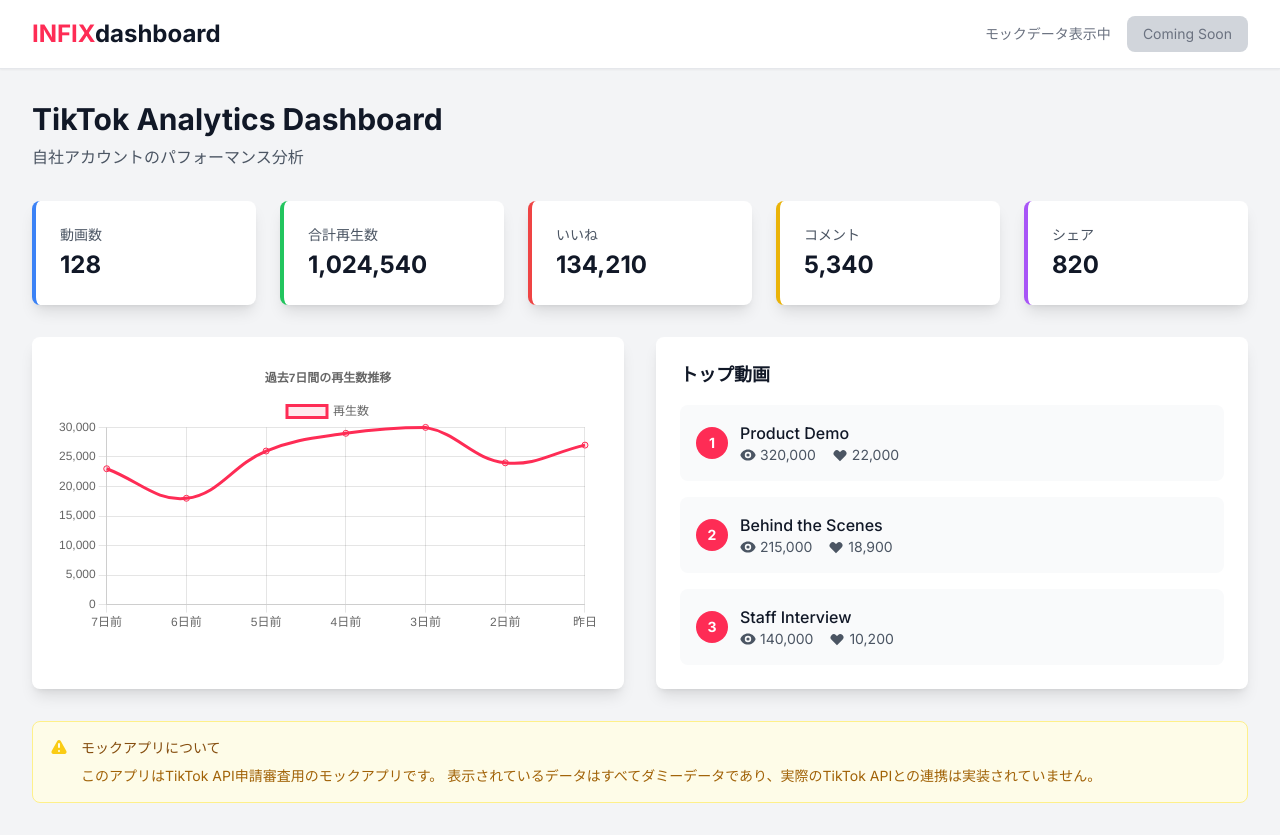
Repository: masayasusuzuki/LogicaMarketingTool
Page: /dashboard
An editor plug-in stored every save of this project. The page is shown before and after the next save, followed by the edit.
The browser window is 1280 px wide. The pictures show the whole page.
The project was rebuilt for these pictures with package versions that can differ from the ones it lists, and the page was loaded fresh each time. The framework's server and built-in components were replaced by stand-ins that run in the browser. Also part of the build but not shown: next.config.js.

Above is the page before, as saved 2025-08-07 12:23:11.

After the next save:
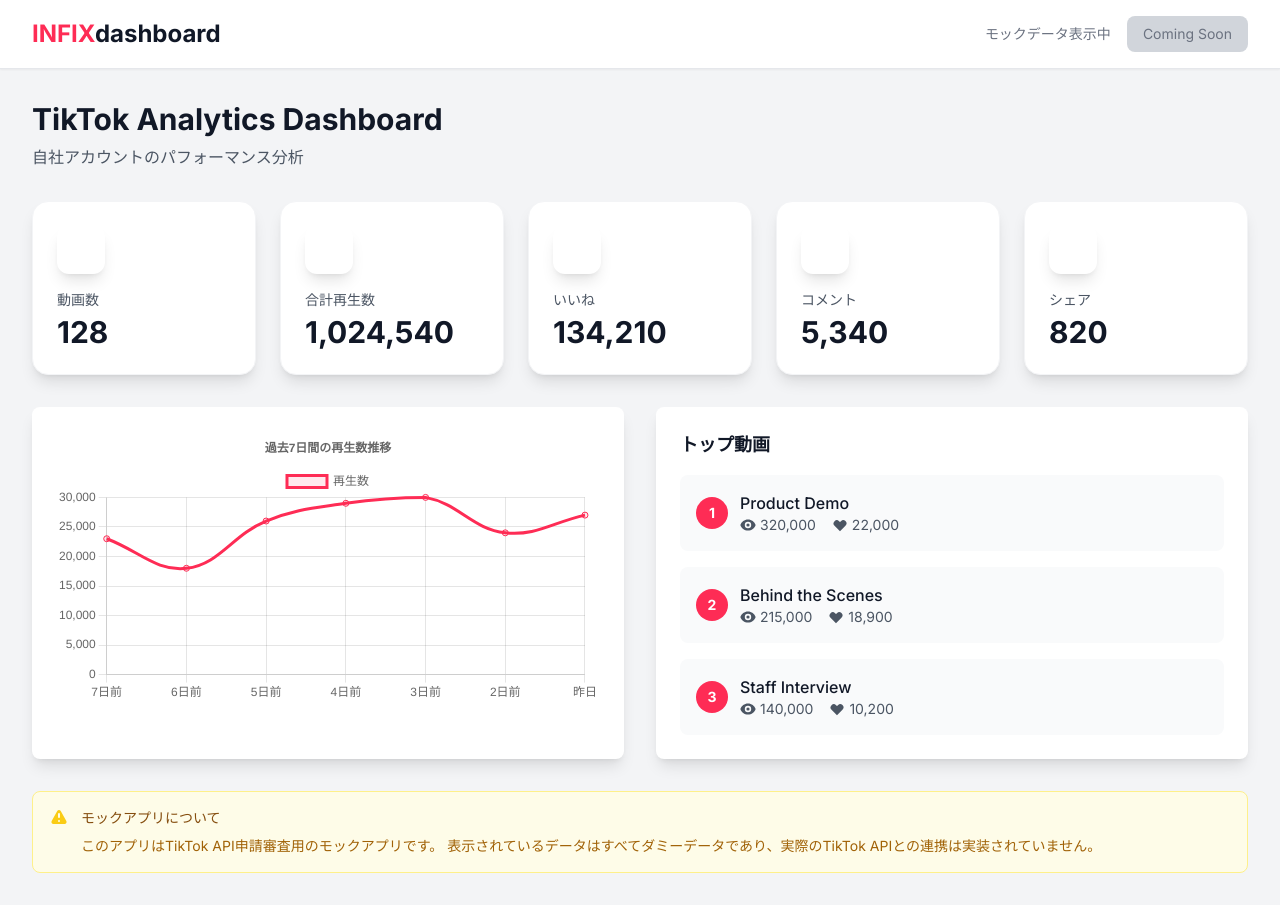
Saved 14 s later.
--- a/src/components/KPICard.tsx
+++ b/src/components/KPICard.tsx
@@ -3,21 +3,49 @@
   value: string | number;
   icon: React.ReactNode;
   color: string;
+  trend?: {
+    value: number;
+    isPositive: boolean;
+  };
 }
 
-export default function KPICard({ title, value, icon, color }: KPICardProps) {
+export default function KPICard({ title, value, icon, color, trend }: KPICardProps) {
   return (
-    <div className={`bg-white rounded-lg shadow-lg p-6 border-l-4 ${color}`}>
-      <div className="flex items-center justify-between">
+    <div className="group relative bg-white rounded-2xl shadow-lg hover:shadow-xl transition-all duration-300 overflow-hidden border border-gray-100">
+      {/* グラデーション背景 */}
+      <div className={`absolute inset-0 bg-gradient-to-br ${color} opacity-5 group-hover:opacity-10 transition-opacity duration-300`}></div>
+
+      <div className="relative p-6">
+        <div className="flex items-center justify-between mb-4">
+          <div className={`w-12 h-12 rounded-xl bg-gradient-to-br ${color} flex items-center justify-center shadow-lg`}>
+            <div className="text-white text-xl">
+              {icon}
+            </div>
+          </div>
+
+          {trend && (
+            <div className={`flex items-center px-2 py-1 rounded-full text-xs font-medium ${
+              trend.isPositive
+                ? 'bg-green-100 text-green-700'
+                : 'bg-red-100 text-red-700'
+            }`}>
+              <svg className={`w-3 h-3 mr-1 ${trend.isPositive ? 'rotate-0' : 'rotate-180'}`} fill="currentColor" viewBox="0 0 20 20">
+                <path fillRule="evenodd" d="M12.293 5.293a1 1 0 011.414 0l4 4a1 1 0 010 1.414l-4 4a1 1 0 01-1.414-1.414L14.586 11H3a1 1 0 110-2h11.586l-2.293-2.293a1 1 0 010-1.414z" clipRule="evenodd"/>
+              </svg>
+              {trend.value}%
+            </div>
+          )}
+        </div>
+
         <div>
-          <p className="text-sm font-medium text-gray-600">{title}</p>
-          <p className="text-2xl font-bold text-gray-900 mt-1">
+          <p className="text-sm font-medium text-gray-600 mb-1">{title}</p>
+          <p className="text-3xl font-bold text-gray-900">
             {typeof value === 'number' ? value.toLocaleString() : value}
           </p>
         </div>
-        <div className="text-3xl text-gray-400">
-          {icon}
-        </div>
+
+        {/* ホバー時の装飾 */}
+        <div className={`absolute bottom-0 left-0 right-0 h-1 bg-gradient-to-r ${color} transform scale-x-0 group-hover:scale-x-100 transition-transform duration-300`}></div>
       </div>
     </div>
   );
